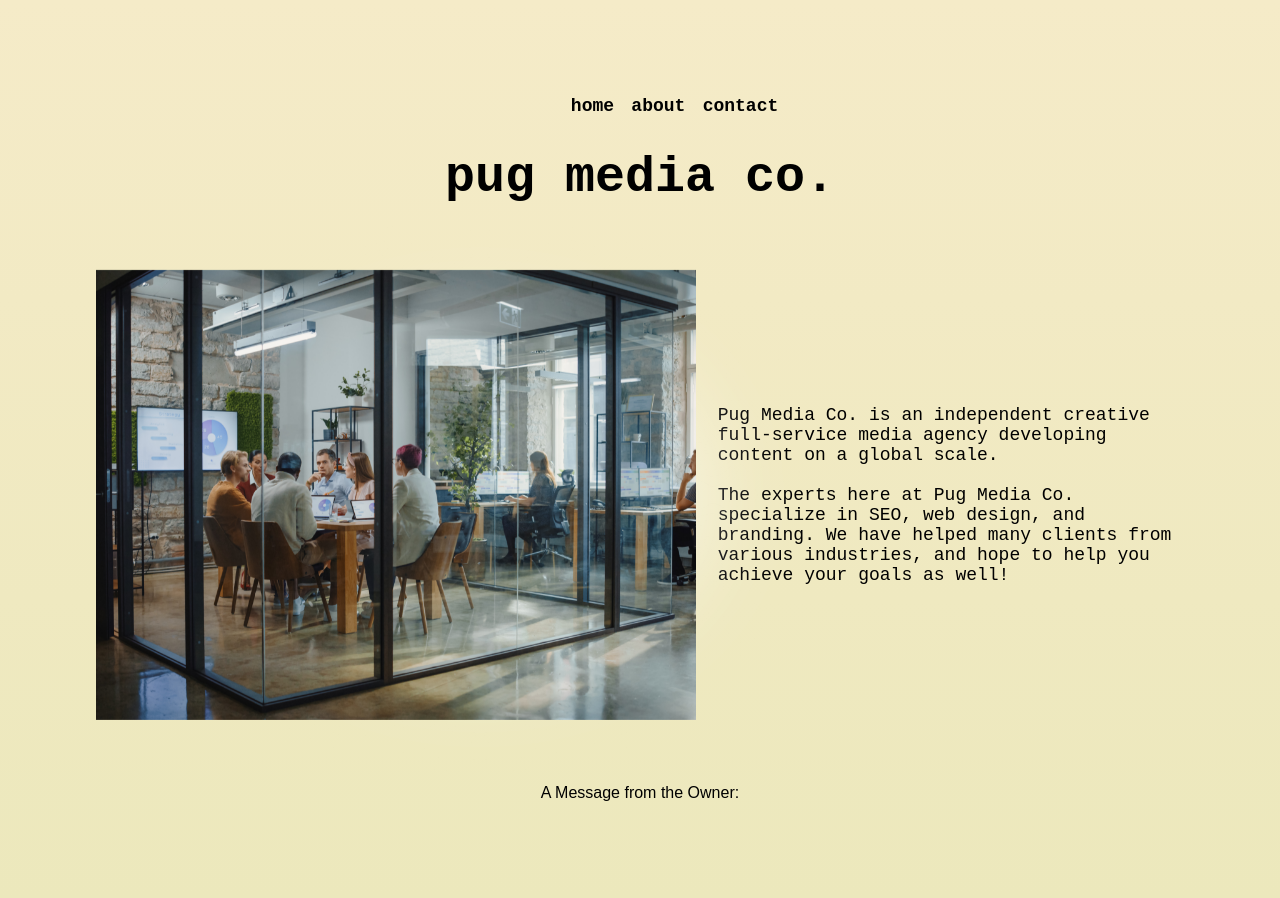
Repository: cheungglenda/MDIA2109-Week3
Page: /
These files come from the project's save history. The page is drawn as it stood at one moment and after the next save; the edit follows.
The browser window is 1280 px wide. The pictures show the whole page.
The project was rebuilt for these pictures with package versions that can differ from the ones it lists, and the page was loaded fresh each time. The framework's server and built-in components were replaced by stand-ins that run in the browser. Also part of the build but not shown: next.config.js, components/Card/index.js.

Above is the page before, as saved 2023-01-20 18:59:45.

### pages/index.js
import Head from 'next/head'
import Image from 'next/image'
import { Inter } from '@next/font/google'
import styles from '@/styles/Home.module.css'
import data from '../data/education.json'
import { useState } from 'react'
import Card from '../components/Card'
import Link from 'next/link'

const inter = Inter({ subsets: ['latin'] })

export default function Home() {

  /** ([...data]) enters the data in the useState and is calling that info. the useState has all the data from the education.json file */
  const [information, setInformation] = useState([...data])
  console.log(data);

  return (
    <>
      <Head>
        <title>Pug Media Co.</title>
        <meta name="description" content="Full-service digital marketing agency" />
        <meta name="viewport" content="width=device-width, initial-scale=1" />
        <link rel="icon" href="/favicon.ico" />
      </Head>
      <main className={styles.main}>
        <div className={styles.buttons}>
      <Link href="/" className={styles.links}>Home</Link>
      <Link href="../about" className={styles.links}>About</Link>
      <Link href="/" className={styles.links}>Contact</Link>
        </div>

        <div className={styles.meetTitle}>Pug Media Co.</div>
        <div className={styles.center}>
          <Image
            className={styles.logo}
            src="/office.jpeg"
            width={600}
            height={450}
          />
          <div className={styles.homeDesc}>
            Pug Media Co. is an independent creative full-service media agency developing content on a global scale.<br></br><br></br> The experts here at Pug Media Co. specialize in SEO, web design, and branding. We have helped many clients from various industries, and hope to help you achieve your goals as well!
          </div>
        </div>


        <div className={styles.grid}>
          <div>A Message from the Owner:</div>

        </div>
      </main>
    </>
  )
}

/** .toLowerCase() is input when you don't want to worry about case sensitivity */

### styles/Home.module.css
.main {
  display: flex;
  flex-direction: column;
  justify-content: space-between;
  align-items: center;
  padding: 6rem;
  font-family:arial;
  min-height: 100vh;
  background-image: linear-gradient(rgb(245, 235, 200), rgb(236, 232, 188));

}

.buttons {
  display: flex;
  flex-direction:row;
  justify-content: space-evenly;
  margin-bottom:3%;
}

.links:hover {
  text-decoration:underline;
}

.links {
  font-size: 18px;
  max-width: var(--max-width);
  width: 100%;
  font-weight:900;
  font-family: 'Courier New', Courier, monospace;
  text-transform:lowercase;
  padding-left:10%;
}

.description {
  display: inherit;
  justify-content: inherit;
  align-items: inherit;
  font-size: 15px;
  max-width: var(--max-width);
  width: 100%;
  font-family: var(--font-mono);
}

.homeDesc {
  font-size: 18px;
  font-family:'Courier New', Courier, monospace;
  margin-left:2%;
}

.description a {
  display: flex;
  justify-content: center;
  align-items: center;
  gap: 0.5rem;
}

.description p {
  position: relative;
  margin: 0;
  padding: 1rem;
  background-color: rgba(var(--callout-rgb), 0.5);
  border: 1px solid rgba(var(--callout-border-rgb), 0.3);
  border-radius: var(--border-radius);
}

.code {
  font-weight: 700;
  font-family: var(--font-mono);
}

.meetTitle {
  font-size: 50px;
  font-weight:700;
  text-transform:lowercase;
  font-family:'Courier New', Courier, monospace;
  text-align:center;
}

.grid {
  display: flex;
  justify-content:center;
  width: var(--max-width);
  max-width: 100%;
  align-items:center;
  flex: 1;
}

.card {
  padding: 1rem 1.2rem;
  border-radius: var(--border-radius);
  background: rgba(var(--card-rgb), 0);
  border: 1px solid rgba(var(--card-border-rgb), 0);
  transition: background 200ms, border 200ms;
}

.card span {
  display: inline-block;
  transition: transform 200ms;
}

.info {
  font-family:Arial, Helvetica, sans-serif;
}

.card h2 {
  font-weight: 600;
  margin-bottom: 0.7rem;
}

.card p {
  margin: 0;
  opacity: 0.6;
  font-size: 0.9rem;
  line-height: 1.5;
  max-width: 30ch;
}


.employees {
  display:flex;
  gap:20px;
  width: 80%;
  text-align:center;
  font-family:'Courier New', Courier, monospace;
}

.titleDesc {
  font-size:16px;
  margin-bottom:3%;
}

.center {
  display: flex;
  justify-content: center;
  align-items: center;
  position: relative;
  padding: 4rem 0;
}

.center::before {
  background: var(--secondary-glow);
  border-radius: 50%;
  width: 480px;
  height: 360px;
  margin-left: -400px;
}

.center::after {
  background: var(--primary-glow);
  width: 240px;
  height: 180px;
  z-index: -1;
}

.center::before,
.center::after {
  content: '';
  left: 50%;
  position: absolute;
  filter: blur(45px);
  transform: translateZ(0);
}

.logo,
.thirteen {
  position: relative;
  object-fit:cover;
}

.thirteen {
  display: flex;
  justify-content: center;
  align-items: center;
  width: 75px;
  height: 75px;
  padding: 25px 10px;
  margin-left: 16px;
  transform: translateZ(0);
  border-radius: var(--border-radius);
  overflow: hidden;
  box-shadow: 0px 2px 8px -1px #0000001a;
}

.thirteen::before,
.thirteen::after {
  content: '';
  position: absolute;
  z-index: -1;
}

/* Conic Gradient Animation */
.thirteen::before {
  animation: 6s rotate linear infinite;
  width: 200%;
  height: 200%;
  background: var(--tile-border);
}

/* Inner Square */
.thirteen::after {
  inset: 0;
  padding: 1px;
  border-radius: var(--border-radius);
  background: linear-gradient(
    to bottom right,
    rgba(var(--tile-start-rgb), 1),
    rgba(var(--tile-end-rgb), 1)
  );
  background-clip: content-box;
}

/* Enable hover only on non-touch devices */
@media (hover: hover) and (pointer: fine) {
  .card:hover {
    background: rgba(var(--card-rgb), 0.1);
    border: 1px solid rgba(var(--card-border-rgb), 0.15);
  }

  .card:hover span {
    transform: translateX(4px);
  }
}

@media (prefers-reduced-motion) {
  .thirteen::before {
    animation: none;
  }

  .card:hover span {
    transform: none;
  }
}

/* Mobile */
@media (max-width: 700px) {
  .content {
    padding: 4rem;
  }

  .grid {
    grid-template-columns: 1fr;
    margin-bottom: 120px;
    max-width: 320px;
    text-align: center;
  }

  .card {
    padding: 1rem 2.5rem;
  }

  .card h2 {
    margin-bottom: 0.5rem;
  }

  .center {
    padding: 8rem 0 6rem;
  }

  .center::before {
    transform: none;
    height: 300px;
  }

  .description {
    font-size: 0.8rem;
  }

  .description a {
    padding: 1rem;
  }

  .description p,
  .description div {
    display: flex;
    justify-content: center;
    position: fixed;
    width: 100%;
  }

  .description p {
    align-items: center;
    inset: 0 0 auto;
    padding: 2rem 1rem 1.4rem;
    border-radius: 0;
    border: none;
    border-bottom: 1px solid rgba(var(--callout-border-rgb), 0.25);
    background: linear-gradient(
      to bottom,
      rgba(var(--background-start-rgb), 1),
      rgba(var(--callout-rgb), 0.5)
    );
    background-clip: padding-box;
    backdrop-filter: blur(24px);
  }

  .description div {
    align-items: flex-end;
    pointer-events: none;
    inset: auto 0 0;
    padding: 2rem;
    height: 200px;
    background: linear-gradient(
      to bottom,
      transparent 0%,
      rgb(var(--background-end-rgb)) 40%
    );
    z-index: 1;
  }
}

/* Tablet and Smaller Desktop */
@media (min-width: 701px) and (max-width: 1120px) {
  .grid {
    grid-template-columns: repeat(2, 50%);
  }
}

@media (prefers-color-scheme: dark) {

  .main {
    background-image: linear-gradient(rgb(51, 65, 14), rgb(169, 169, 110));
  }

  .vercelLogo {
    filter: invert(1);
  }

  .meetTitle {
    color:white;
  }

  .titleDesc {
    color:white;
  }

  .links {
    color: white;
  }

  .employees {
    color: black;
  }
}

@keyframes rotate {
  from {
    transform: rotate(360deg);
  }
  to {
    transform: rotate(0deg);
  }
}

### data/education.json
[
        {
            "studentNumber": "A0004567",
            "firstName": "Person 1",
            "gpa": 3.8,
            "department": "Business",
            "degree": "Finance",
            "graduted": 2014
        },
        {
            "studentNumber": "A0001234",
            "firstName": "Person 2",
            "gpa": 3.5,
            "department": "Business",
            "degree": "Accounting",
            "graduted": 2010
        },
        {
            "studentNumber": "A0007890",
            "firstName": "Person 3",
            "gpa": 3.2,
            "department": "Computing",
            "degree": "Applied Software Development Certificate",
            "graduted": 2018
        },
        {
            "studentNumber": "A0007828",
            "firstName": "Person 4",
            "gpa": 3.9,
            "department": "Computing",
            "degree": "Computer Systems Diploma",
            "graduted": 2021
        },
        {
            "studentNumber": "A0003425",
            "firstName": "Person 5",
            "gpa": 3.2,
            "department": "Computing",
            "degree": "Applied Computer Information Systems Certificate",
            "graduted": 2021
        }
]

Loaded but not shown: pages/_app.js (common file); pages/_document.js (common file); pages/api/hello.js (common file); styles/globals.css (common file)

After the next save:
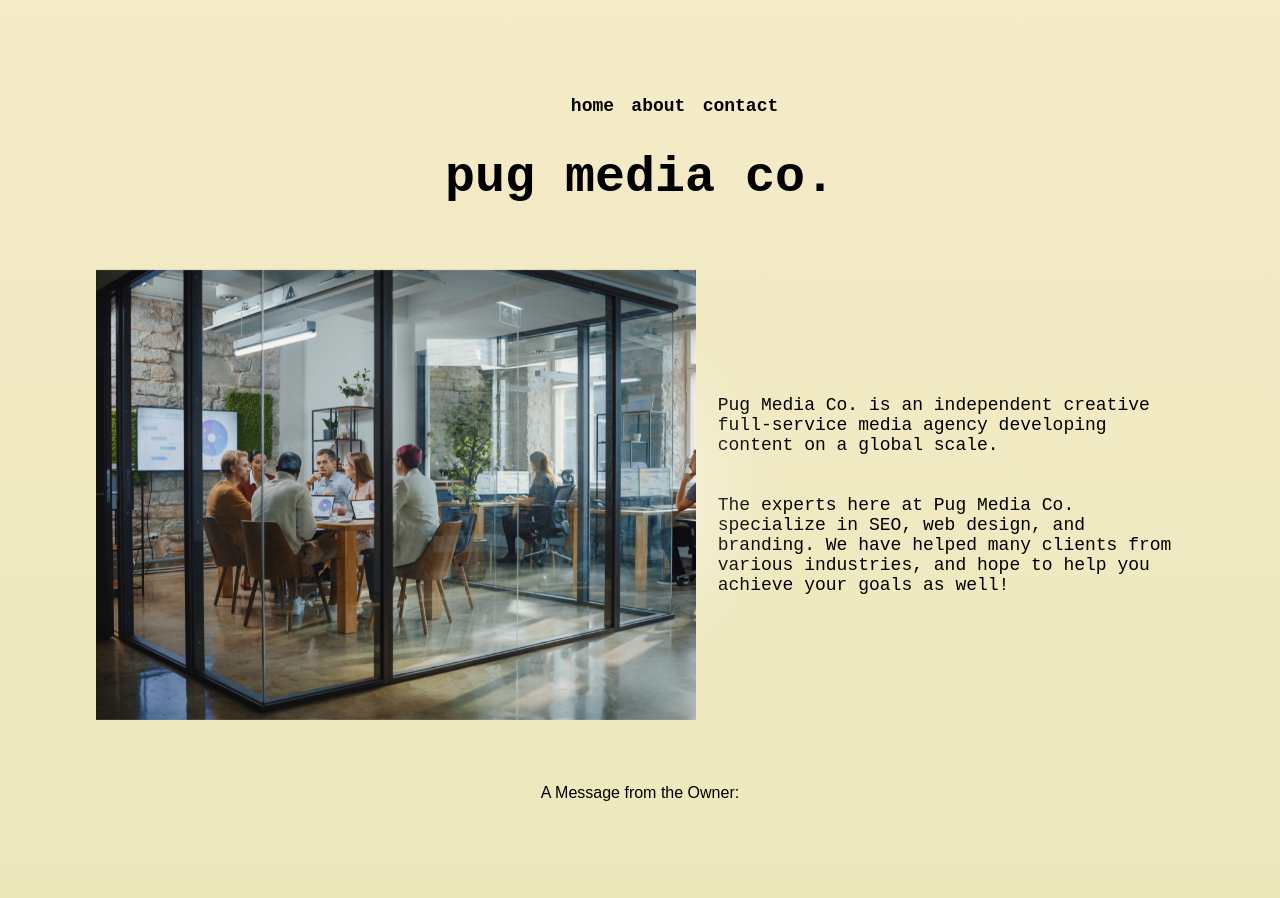
Saved 12 s later.
--- a/pages/index.js
+++ b/pages/index.js
@@ -39,7 +39,7 @@ export default function Home() {
             height={450}
           />
           <div className={styles.homeDesc}>
-            Pug Media Co. is an independent creative full-service media agency developing content on a global scale.<br></br><br></br> The experts here at Pug Media Co. specialize in SEO, web design, and branding. We have helped many clients from various industries, and hope to help you achieve your goals as well!
+            Pug Media Co. is an independent creative full-service media agency developing content on a global scale.<br></br><br></br><br></br> The experts here at Pug Media Co. specialize in SEO, web design, and branding. We have helped many clients from various industries, and hope to help you achieve your goals as well!
           </div>
         </div>
 
